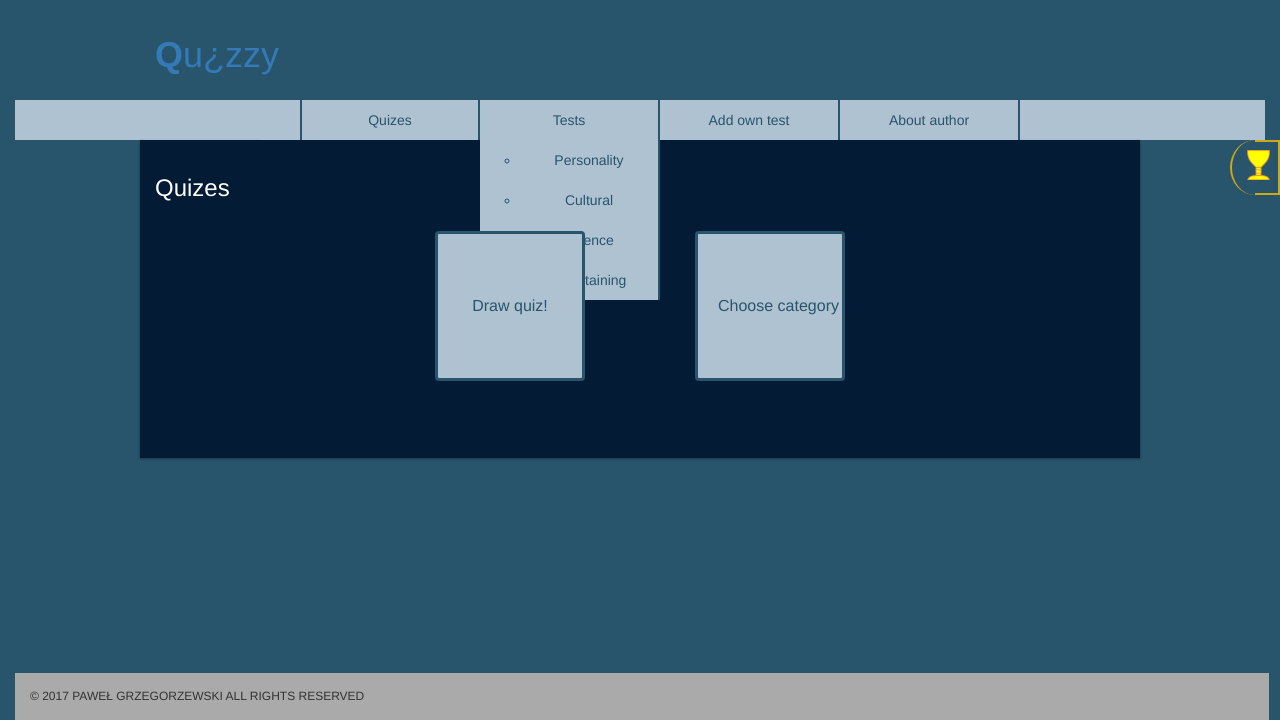
Repository: pgrzegorzewski/quiz
Page: http://localhost/app/quiz.php
The author's editor kept a copy of each file at every save. The page is drawn from the files as they stood at one save, then again after the next save.
The browser window is 1280 px wide. The pictures show the whole page.
Some web libraries are served in a nearby version. The page is run by PHP 8.4 with error messages shown; the project is at /var/www/html/.

Above is the page before, as saved 2017-04-21 20:48:15.

After the next save:
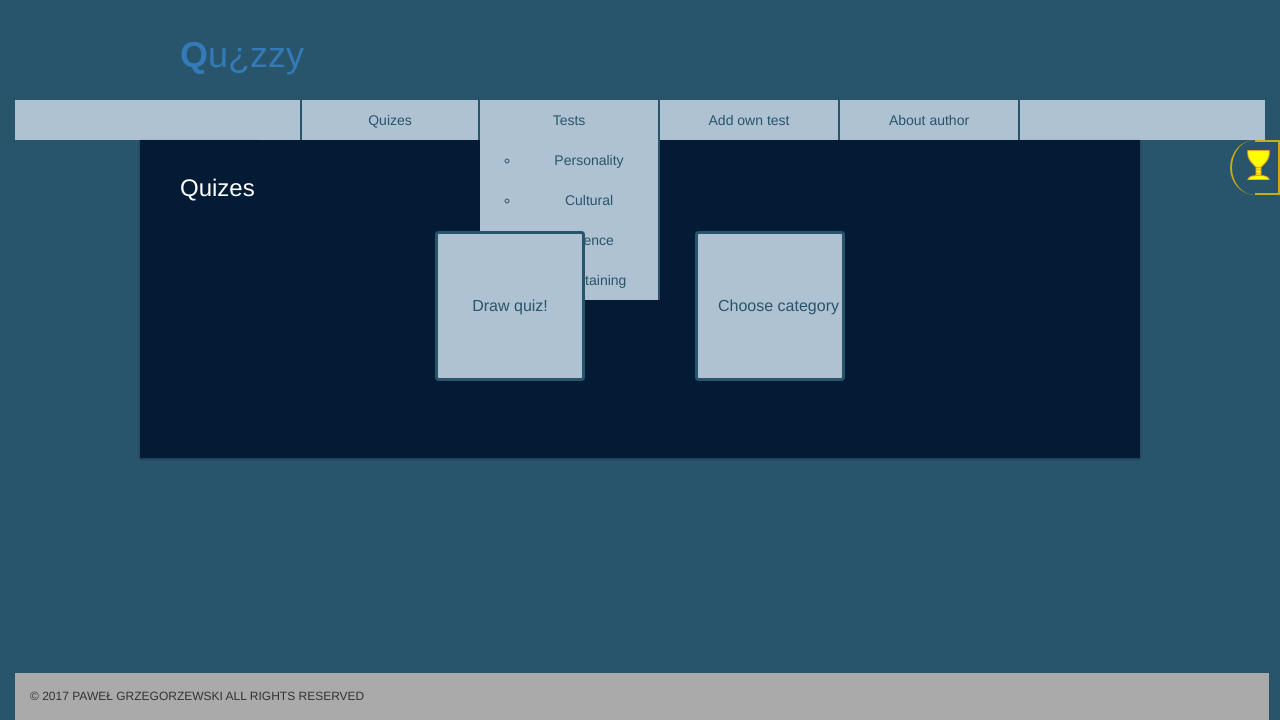
Saved 85 s later.
--- a/htdocs/app/learningapp/css/index.css
+++ b/htdocs/app/learningapp/css/index.css
@@ -23,6 +23,7 @@ html {
 h1, h2, h3 ,h4{
 	color: white;
 	text-align:ceter;
+	margin-left:25px;
 }
 
 
